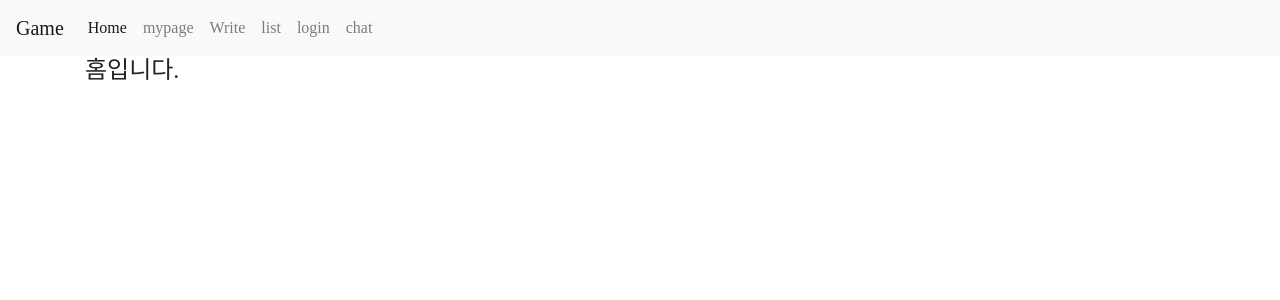
Repository: cyaninn-entj/Goorm-kdt-Project
Page: http://localhost/
An editor plug-in stored every save of this project. The page is shown before and after a run of saves, followed by the edit.
The browser window is 1280 px wide. The pictures show the whole page.
The page is served by the project's Node server (server.js).

Above is the page before, as saved 2022-11-19 02:19:31.

After the next 5 saves:
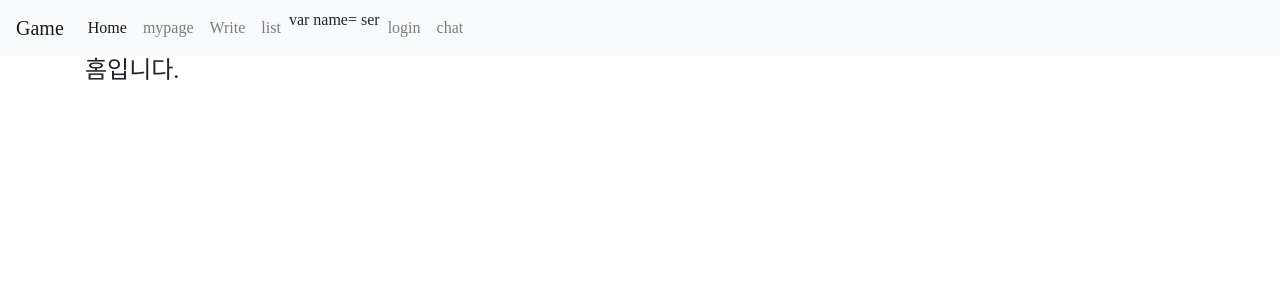
The 5 saves are shown as one change because they came seconds apart.
The last was saved 3 min 21 s later.
--- a/views/nav.html
+++ b/views/nav.html
@@ -19,6 +19,7 @@
       <li class="nav-item">
         <a class="nav-link" href="/list">list</a>
       </li>
+      var name= ser
       <li class="nav-item">
         <a class="nav-link" href="/login">login</a>
       </li>

After the save that followed:
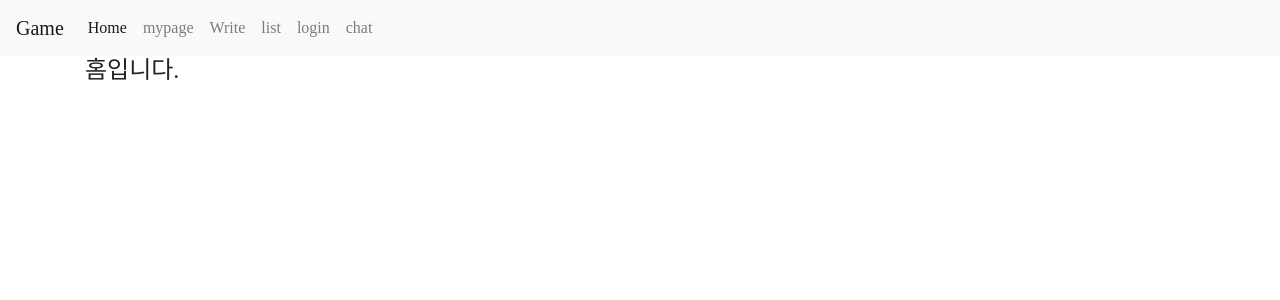
Saved 9 s later.
--- a/views/nav.html
+++ b/views/nav.html
@@ -19,7 +19,7 @@
       <li class="nav-item">
         <a class="nav-link" href="/list">list</a>
       </li>
-      var name= ser
+
       <li class="nav-item">
         <a class="nav-link" href="/login">login</a>
       </li>
